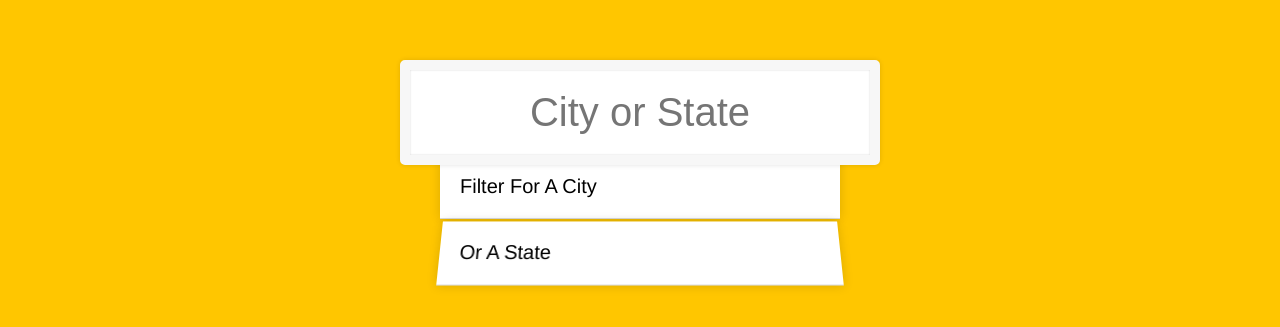
Repository: Saieebawake/Type-Ahead-City-or-State-Search
Page: index.html
These files come from the project's save history. The page is drawn as it stood at one moment and after a run of saves; the edit follows.
The browser window is 1280 px wide. The pictures show the whole page.
The page's requests for data from a server got no answer.

Above is the page before, as saved 2026-09-27 20:41:18.

### index.html
<!DOCTYPE html>
<html lang="en">
<head>
    <meta charset="UTF-8">
    <meta name="viewport" content="width=device-width, initial-scale=1.0">
    <title>Type Ahead</title>
    <link rel="stylesheet" href="style.css">
</head>
<body>
    <form class="search-form">
        <input type="text" class="search" placeholder="City or State">
        <ul class="suggestions">
            <li>Filter for a city</li>
            <li>or a state</li>
        </ul>
    </form>
    <script src="script.js"></script>
</body>
</html>

### style.css
html {
    box-sizing: border-box;
    background: #ffc600;
    font-family: 'helvetica neue';
    font-size: 20px;
    font-weight: 200;
}

*, *:before, *:after {
    box-sizing: inherit;
}

input {
    width: 100%;
    padding: 20px;
}

.search-form {
    max-width: 400px;
    margin: 50px auto;
}

input.search {
    margin: 0;
    text-align: center;
    outline: 0;
    border: 10px solid #f7f7f7;
    width: 120%;
    left: -10%;
    position: relative;
    top: 10px;
    z-index: 2;
    border-radius: 5px;
    font-size: 40px;
    box-shadow: 0 0 5px rgba(0, 0, 0, 0.12), inset 0 0 2px rgba(0, 0, 0, 0.19);
}

.suggestions {
    margin: 0;
    padding: 0;
    position: relative;
}

.suggestions li {
    background: white;
    list-style: none;
    border-bottom: 1px solid #d8d8d8;
    box-shadow: 0 0 10px rgba(0, 0, 0, 0.14);
    margin: 0;
    padding: 20px;
    transition: background 0.2s;
    display: flex;
    justify-content: space-between;
    text-transform: capitalize;
}

.suggestions li:nth-child(even) {
    transform: perspective(100px) rotateX(3deg) translateY(2px) scale(1.001)
}

### script.js
const endpoint = 'https://gist.githubusercontent.com/Miserlou/c5cd8364bf9b2420bb29/raw/2bf258763cdddd704f8ffd3ea9a3e81d25e2c6f6/cities.json'

const cities = [];

fetch(endpoint)
.then(blob => blob.json())
.then(data => cities.push(...data))

function findMatches(wordToMatch, cities) {
    return cities.filter(place => {
        const regex = new RegExp(wordToMatch, 'gi');
        return place.city.match(regex) || place.state.match(regex)
    });
}

function numberWithCommas(x) {
    return x.toString().replace(/|B(?=(\d{3})+(?!\d))/g, ',');
}

function displayMatches() {
    const matchArray = findMatches(this.value, cities);
    const html = matchArray.map(place => {
        const regex = new RegExp(this.value, 'gi');
        const cityName = place.city.replace(regex,`<span class="hl">${this.value}</span>`);
        const stateName = place.state.replace(regex,`<span class="hl">${this.value}</span>`);
        return `
        <li>
        <span class="name">${cityName}, ${stateName}</span>
        <span class="population">${numberWithCommas(place.population)}</span>
        </li>`;
    }).join('');
    suggestions.innerHTML = html;
}

const searchInput = document.querySelector('.search');
const suggestions = document.querySelector('.suggestions');

searchInput.addEventListener('change', displayMatches);
searchInput.addEventListener('keyup', displayMatches);

After the next 3 saves:
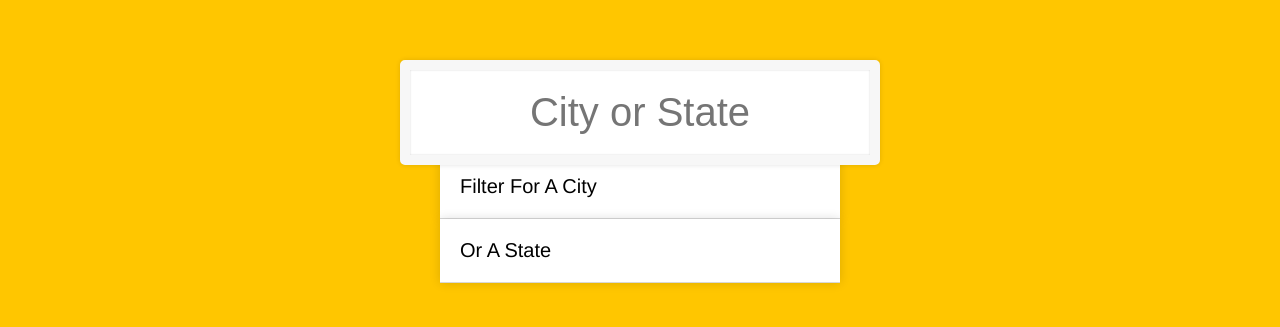
The 3 saves are shown as one change because they came seconds apart.
The last was saved 19 s later.
--- a/style.css
+++ b/style.css
@@ -55,5 +55,4 @@ input.search {
 }
 
 .suggestions li:nth-child(even) {
-    transform: perspective(100px) rotateX(3deg) translateY(2px) scale(1.001)
-}
+    transform: perspective(100px)
